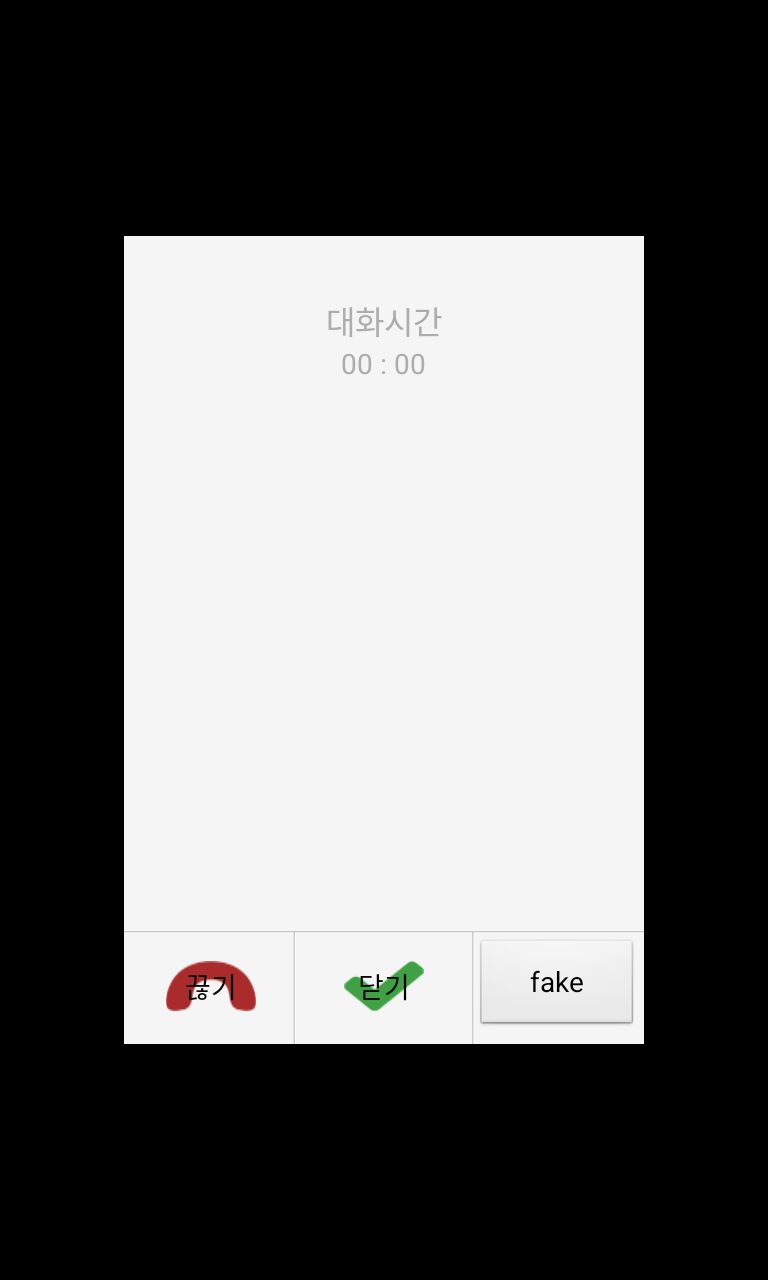
Repository: blacky512/smart_morning_call
Layout: client/SmartMorningCall/res/layout/voicechatting_frag.xml
These files come from the project's save history. The layout is drawn as it stood at one moment and after the next save; the edit follows.
It is drawn on a 768 x 1280 px phone screen (xhdpi) without system bars, with theme android:Theme.NoTitleBar; the app's code is not run.

Above is the layout before, as saved 2013-02-24 11:30:32.

After the next save:
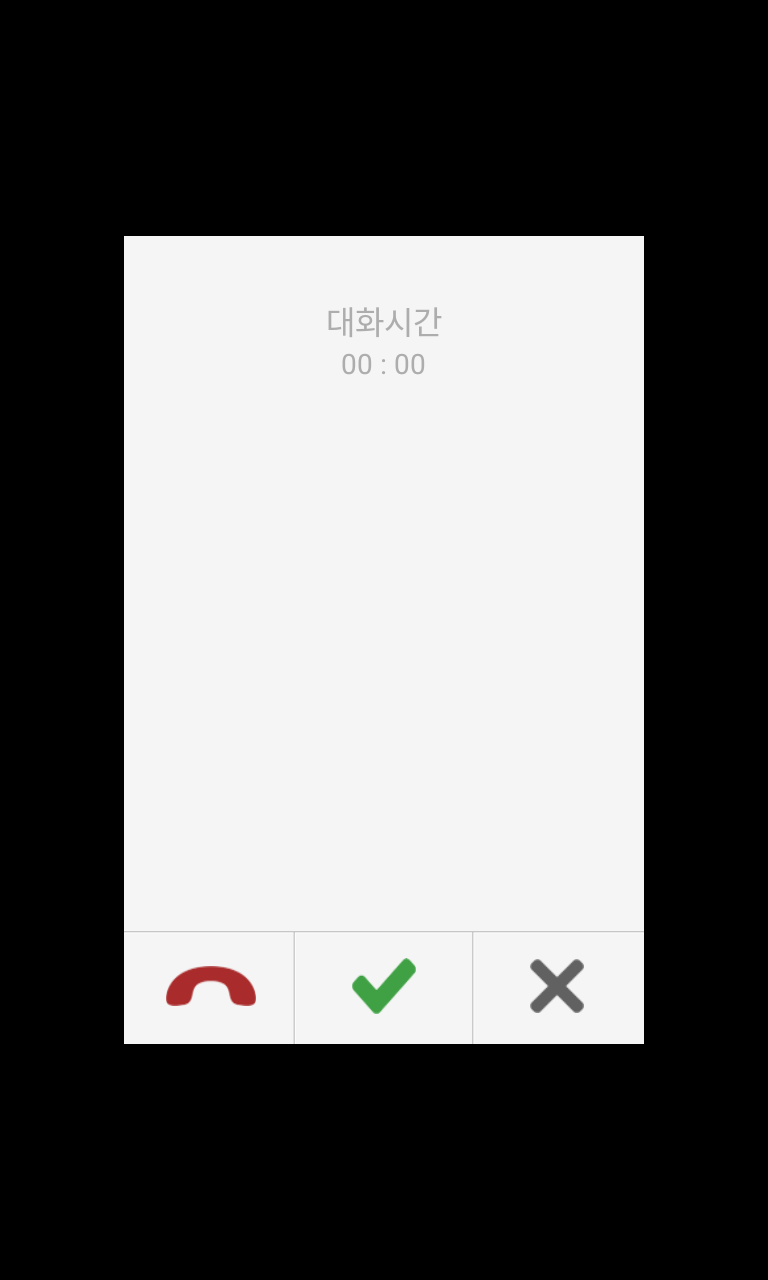
Saved 3 min 27 s later.
--- a/client/SmartMorningCall/res/layout/voicechatting_frag.xml
+++ b/client/SmartMorningCall/res/layout/voicechatting_frag.xml
@@ -70,11 +70,10 @@
                     <Button
                         android:id="@+id/voicechat_cut"
                         android:layout_width="45dp"
-                        android:layout_height="25dp"
+                        android:layout_height="20dp"
                         android:layout_centerHorizontal="true"
                         android:layout_centerVertical="true"
                         android:background="@drawable/jhk_cut"
-                        android:text="끊기"
                         android:visibility="visible" />
 
                 </RelativeLayout>
@@ -85,13 +84,12 @@
 
                     <Button
                         android:id="@+id/voicechat_confirm"
-                        android:layout_width="40dp"
-                        android:layout_height="25dp"
+                        android:layout_width="32dp"
+                        android:layout_height="28dp"
                         android:layout_centerInParent="true"
                         android:layout_margin="0dp"
                         android:layout_weight="1"
                         android:background="@drawable/jhk_confirm"
-                        android:text="닫기"
                         android:visibility="visible" />
 
                 </RelativeLayout>
@@ -102,13 +100,14 @@
 
                     <Button
                         android:id="@+id/fake"
-                        android:layout_width="83dp"
-                        android:layout_height="wrap_content"
+                        android:layout_width="27dp"
+                        android:layout_height="27dp"
                         android:layout_centerInParent="true"
                         android:layout_weight="1"
+                        android:background="@drawable/jhk_cancel"
                         android:clickable="false"
-                        android:text="fake"
                         android:visibility="visible" />
+
                 </RelativeLayout>
             </LinearLayout>
 
